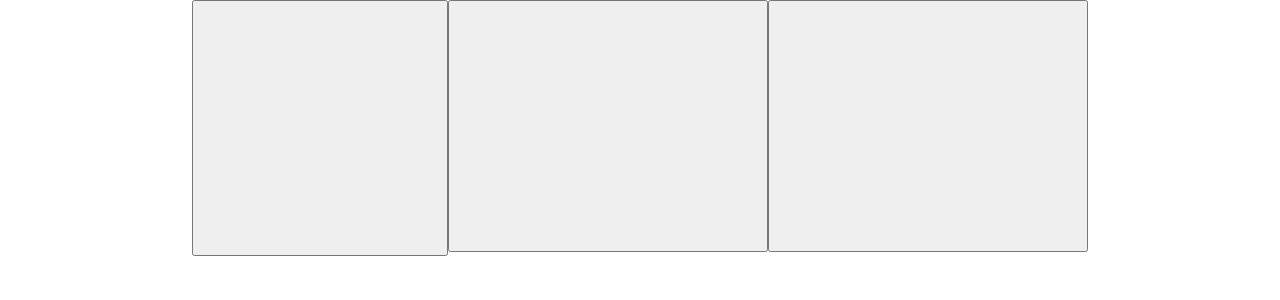
Repository: napan24/tic-tac-toe
Page: /
The author's editor kept a copy of each file at every save. The page is drawn from the files as they stood at one save, then again after the next save.
The browser window is 1280 px wide. The pictures show the whole page.
The project was rebuilt for these pictures with package versions that can differ from the ones it lists, and the page was loaded fresh each time. Also part of the build but not shown: src/App.css.

Above is the page before, as saved 2022-06-12 11:42:11.

After the next save:
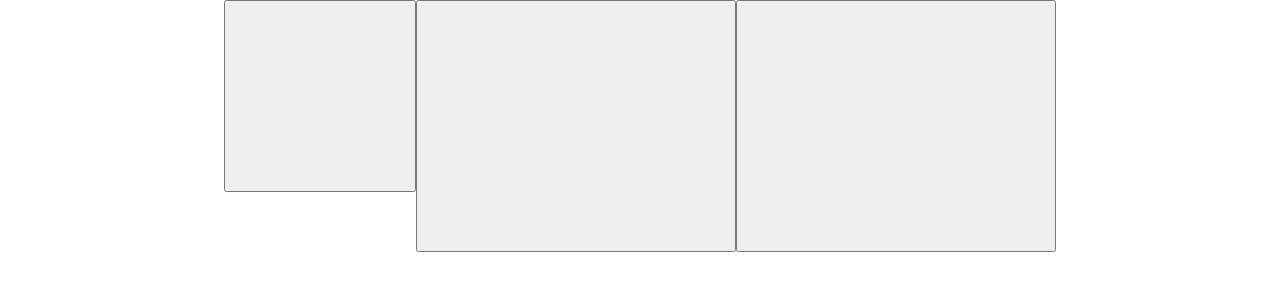
Saved 9 s later.
--- a/src/App.js
+++ b/src/App.js
@@ -9,7 +9,7 @@ import './tik.css';
 function App() {
   return (
     <div className="row" style={{display:"flex",justifyContent:"center",alignContent:"center"}}>
-      <button className="column" style={{height:"20vw",width:"20vw"}}></button>
+      <button className="column" style={{height:"15vw",width:"15vw"}}></button>
       <button className="column"></button>
       <button className="column"></button>
     </div>
